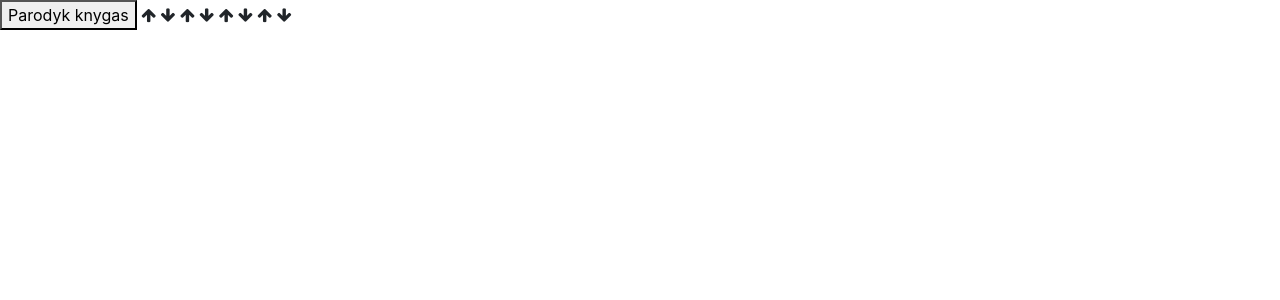
Repository: motiejus1/17-paskaita-PHP-05.31
Page: http://localhost/testavimas/ajax_uzklausa_jquery.php
The author's editor kept a copy of each file at every save. The page is drawn from the files as they stood at one save, then again after the next save.
The browser window is 1280 px wide. The pictures show the whole page.
Some web libraries are served in a nearby version. The page is run by PHP 8.4 with error messages shown; the project is at /var/www/html/.

Above is the page before, as saved 2021-09-16 20:40:15.

After the next save:
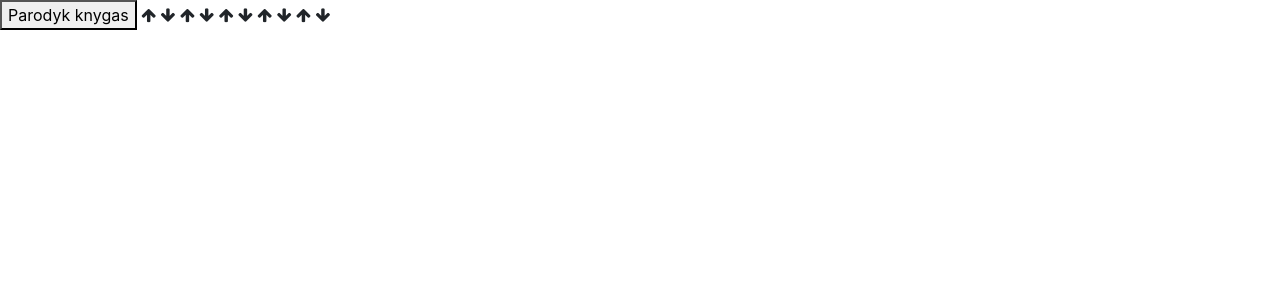
Saved 5 s later.
--- a/testavimas/ajax_uzklausa_jquery.php
+++ b/testavimas/ajax_uzklausa_jquery.php
@@ -29,6 +29,8 @@
     <i class="fa fa-arrow-up desc" id="desc-autoriai-vardas"></i>
     <i class="fa fa-arrow-down asc" id="asc-autoriai-vardas"></i>
 
+    <i class="fa fa-arrow-up desc" id="desc-autoriai-vardas"></i>
+    <i class="fa fa-arrow-down asc" id="asc-autoriai-vardas"></i>
 
 
 
